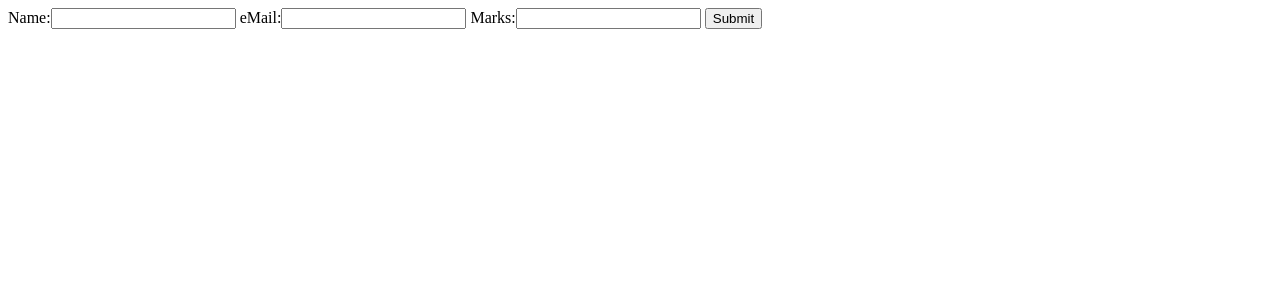
Repository: AkshayDarekar29/HibernatePractise
Page: http://localhost/PrimaryKeyGenerator_CustomGenerator/
These files come from the project's save history. The page is drawn as it stood at one moment and after the next save; the edit follows.
The browser window is 1280 px wide. The pictures show the whole page.
The page is served by Tomcat 9. Other server files are loaded and not shown.

Above is the page before, as saved 2019-06-09 02:51:15.

### PrimaryKeyGenerator_CustomGenerator/WebContent/index.jsp
<%@ page language="java" contentType="text/html; charset=ISO-8859-1"
    pageEncoding="ISO-8859-1"%>
<!DOCTYPE html PUBLIC "-//W3C//DTD HTML 4.01 Transitional//EN" "http://www.w3.org/TR/html4/loose.dtd">
<html>
<head>
<meta http-equiv="Content-Type" content="text/html; charset=ISO-8859-1">
<title>Insert title here</title>
</head>
<body>
	<form action="submit">
		Name:<input name="name"/>
		eMail:<input name="email"/>
		Marks:<input name="marks"/>
		<button>Submit</button>
	</form>
</body>
</html>

After the next save:
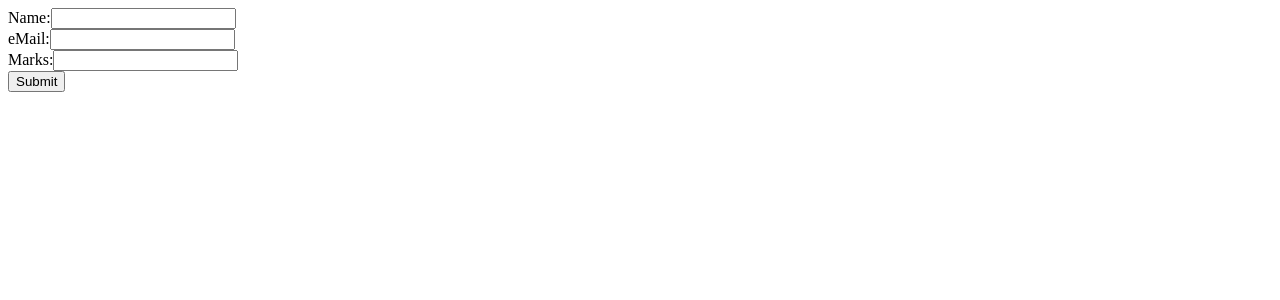
Saved 2 min 3 s later.
--- a/PrimaryKeyGenerator_CustomGenerator/WebContent/index.jsp
+++ b/PrimaryKeyGenerator_CustomGenerator/WebContent/index.jsp
@@ -8,9 +8,9 @@
 </head>
 <body>
 	<form action="submit">
-		Name:<input name="name"/>
-		eMail:<input name="email"/>
-		Marks:<input name="marks"/>
+		Name:<input name="name"/><br>
+		eMail:<input name="email"/><br>
+		Marks:<input name="marks"/><br>
 		<button>Submit</button>
 	</form>
 </body>
